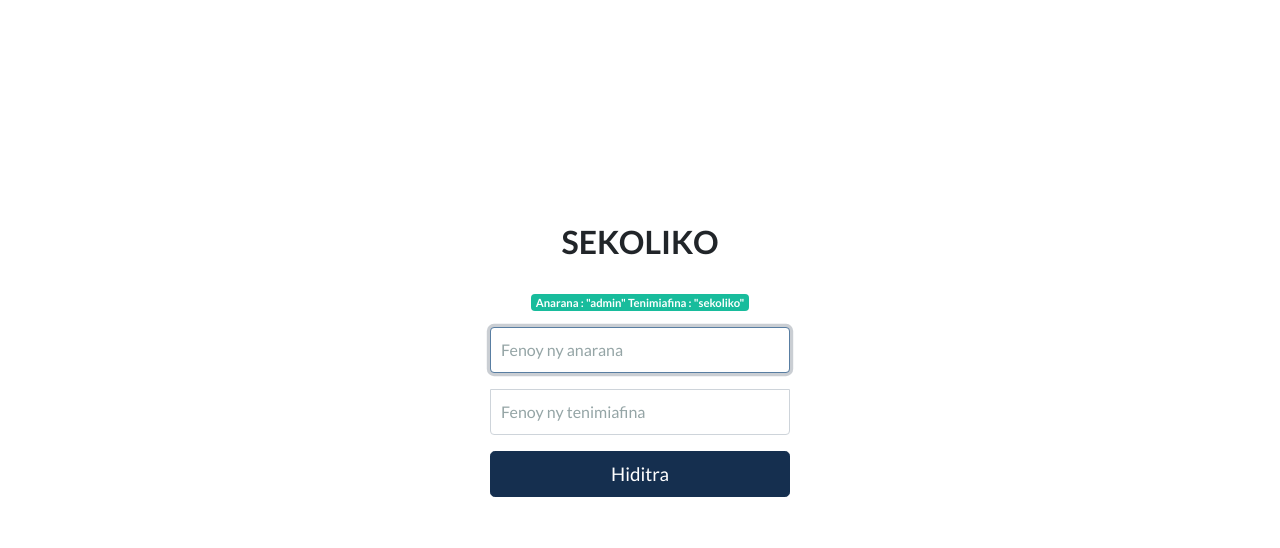
Repository: niainamahefa/j2ee-sekoliko
Page: http://localhost/Ecole/login
These files come from the project's save history. The page is drawn as it stood at one moment and after the next save; the edit follows.
The browser window is 1280 px wide. The pictures show the whole page.
The page is served by Tomcat 9. Other server files are loaded and not shown.

Above is the page before, as saved 2021-02-07 21:07:24.

### Ecole/WebContent/WEB-INF/login.jsp
<%@ page language="java" contentType="text/html; charset=ISO-8859-1"
    pageEncoding="ISO-8859-1"%>
<!doctype html>
<html lang="en">
  <head>
    <meta charset="utf-8">
    <meta name="viewport" content="width=device-width, initial-scale=1, shrink-to-fit=no">
    <meta name="description" content="">
    <meta name="author" content="Mark Otto, Jacob Thornton, and Bootstrap contributors">
    <meta name="generator" content="Jekyll v4.1.1">
    <title>Sekoly</title>

    <!-- Bootstrap core CSS -->
	<link href="./assets/css/bootstrap.min.css" rel="stylesheet">
	<link href="./assets/css/signin.css" rel="stylesheet">

    <style>
      .bd-placeholder-img {
        font-size: 1.125rem;
        text-anchor: middle;
        -webkit-user-select: none;
        -moz-user-select: none;
        -ms-user-select: none;
        user-select: none;
      }

      @media (min-width: 768px) {
        .bd-placeholder-img-lg {
          font-size: 3.5rem;
        }
      }
    </style>
    <!-- Custom styles for this template -->
    <link href="signin.css" rel="stylesheet">
  </head>
  <body class="text-center">
	    <form class="form-signin" method="post">
		  <h1 class="h3 mb-3 font-weight-bold">SEKOLIKO</h1>
		  <div class="badge badge-success mt-3 mb-3">Anarana : "admin" Tenimiafina : "sekoliko"</div>
		  <label for="inputEmail" class="sr-only">Anarana</label>
		  <input type="text" id="inputEmail" class="form-control" placeholder="Fenoy ny anarana"  name="anarana" required autofocus>
		  <label for="inputPassword" class="sr-only">Tenimiafina</label>
		  <input type="password" id="inputPassword" class="form-control mt-3" placeholder="Fenoy ny tenimiafina" name="tenimiafina" required>
		  <div class="checkbox mb-3">
		  </div>
		  <button class="btn btn-lg btn-primary btn-block" type="submit">Hiditra</button>
		</form>
	</body>
</html>

### Ecole/src/com/ecole/servlet/LoginServlet.java
package com.ecole.servlet;

import java.io.IOException;

import javax.servlet.ServletException;
import javax.servlet.http.HttpServlet;
import javax.servlet.http.HttpServletRequest;
import javax.servlet.http.HttpServletResponse;

import com.ecole.model.User;

public class LoginServlet extends HttpServlet{


	@Override
	protected void doGet(HttpServletRequest req, HttpServletResponse resp) throws ServletException, IOException {
		req.getRequestDispatcher("/WEB-INF/login.jsp").forward(req, resp);
	}

	@Override
	protected void doPost(HttpServletRequest req, HttpServletResponse resp) throws ServletException, IOException {
		System.out.println("Login Servlet - doPost méthode");

		String anarana = req.getParameter("anarana");
		String tenimiafina = req.getParameter("tenimiafina");

		System.out.println("Anarana : " + anarana + " Tenimifina : " + tenimiafina );

		if (anarana.equals("admin") && (tenimiafina.equals("sekoliko"))) {
			System.out.println("Tongasoa eto @ logiciel Sekoliko");

			req.getSession().setAttribute("user", new User (anarana,tenimiafina));
			resp.sendRedirect("eleve");
		}
		else {
			System.out.println("Hamarino azafady");
			resp.sendRedirect("login");
		}
	}




}

### Ecole/WebContent/assets/css/signin.css
html,
body {
  height: 100%;
}

body {
  display: -ms-flexbox;
  display: flex;
  -ms-flex-align: center;
  align-items: center;
  padding-top: 40px;
  padding-bottom: 40px;
}

.form-signin {
  width: 100%;
  max-width: 330px;
  padding: 15px;
  margin: auto;
}
.form-signin .checkbox {
  font-weight: 400;
}
.form-signin .form-control {
  position: relative;
  box-sizing: border-box;
  height: auto;
  padding: 10px;
  font-size: 16px;
}
.form-signin .form-control:focus {
  z-index: 2;
}
.form-signin input[type="email"] {
  margin-bottom: -1px;
  border-bottom-right-radius: 0;
  border-bottom-left-radius: 0;
}
.form-signin input[type="password"] {
  margin-bottom: 10px;
  border-top-left-radius: 0;
  border-top-right-radius: 0;
}

Loaded but not shown: Ecole/WebContent/assets/css/bootstrap.min.css (library)

After the next save:
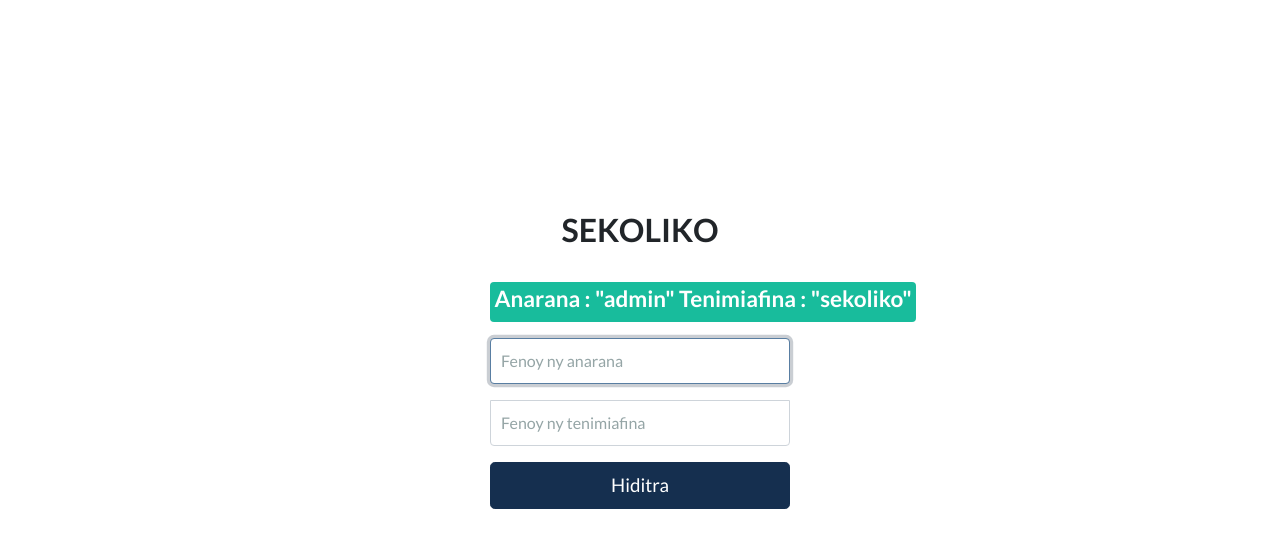
Saved 50 s later.
--- a/Ecole/WebContent/WEB-INF/login.jsp
+++ b/Ecole/WebContent/WEB-INF/login.jsp
@@ -36,7 +36,7 @@
   <body class="text-center">
 	    <form class="form-signin" method="post">
 		  <h1 class="h3 mb-3 font-weight-bold">SEKOLIKO</h1>
-		  <div class="badge badge-success mt-3 mb-3">Anarana : "admin" Tenimiafina : "sekoliko"</div>
+		  <div class="badge badge-success mt-3 mb-3"><h4 class="h4 font-weight-bold">Anarana : "admin" Tenimiafina : "sekoliko"</h1></div>
 		  <label for="inputEmail" class="sr-only">Anarana</label>
 		  <input type="text" id="inputEmail" class="form-control" placeholder="Fenoy ny anarana"  name="anarana" required autofocus>
 		  <label for="inputPassword" class="sr-only">Tenimiafina</label>
